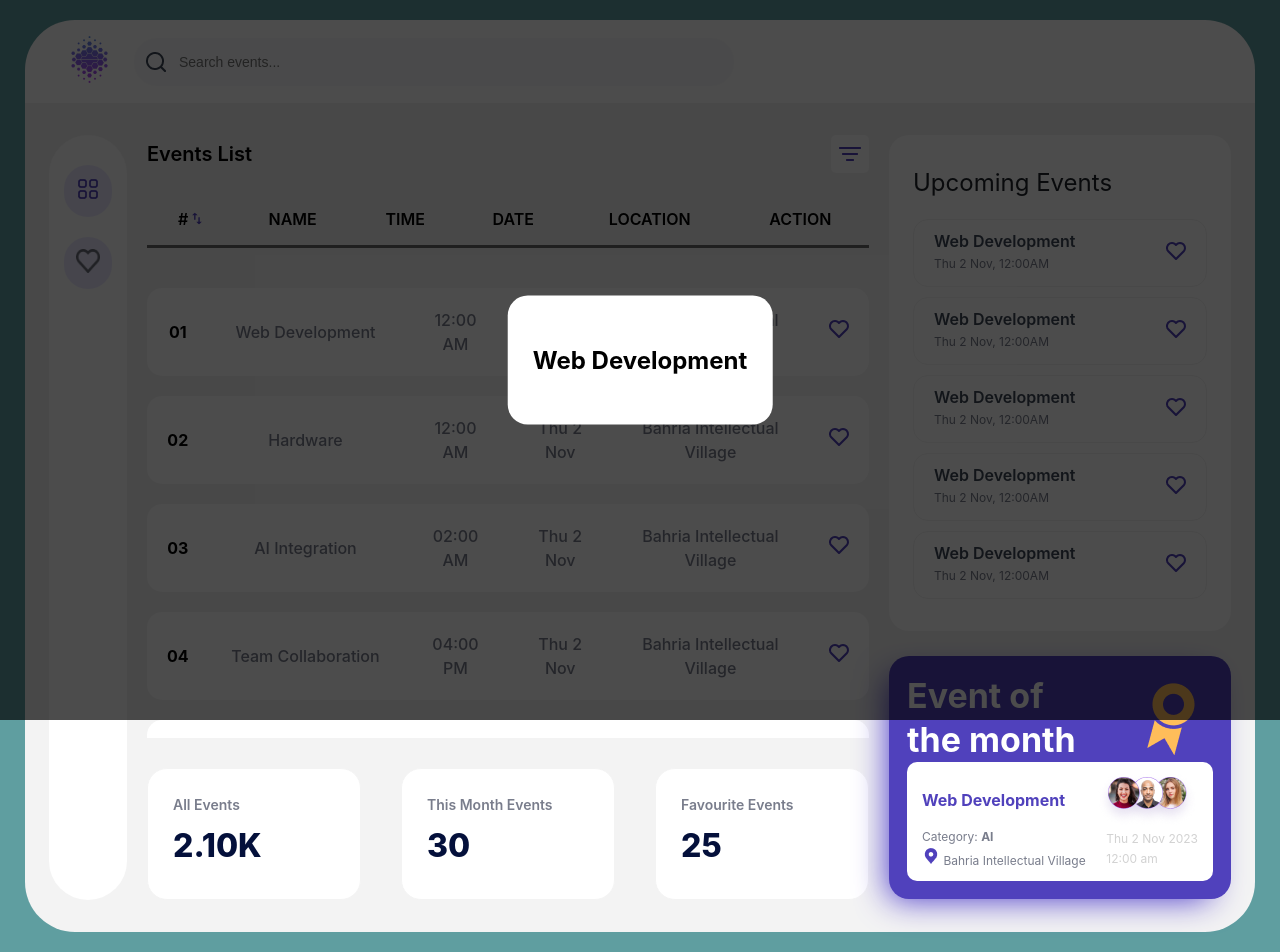
Repository: ahmadunitedsol710/react-dashboard
Page: /, after clicking the first element matching `tr.body_row`
These files come from the project's save history. The page is drawn as it stood at one moment and after the next save; the edit follows.
The browser window is 1280 px wide. The pictures show the whole page.
An inner scrolling area shows only its first screen. The project was rebuilt for these pictures with package versions that can differ from the ones it lists, and the page was loaded fresh each time.

Above is the page before, as saved 2024-08-02 09:57:37.

After the next save:
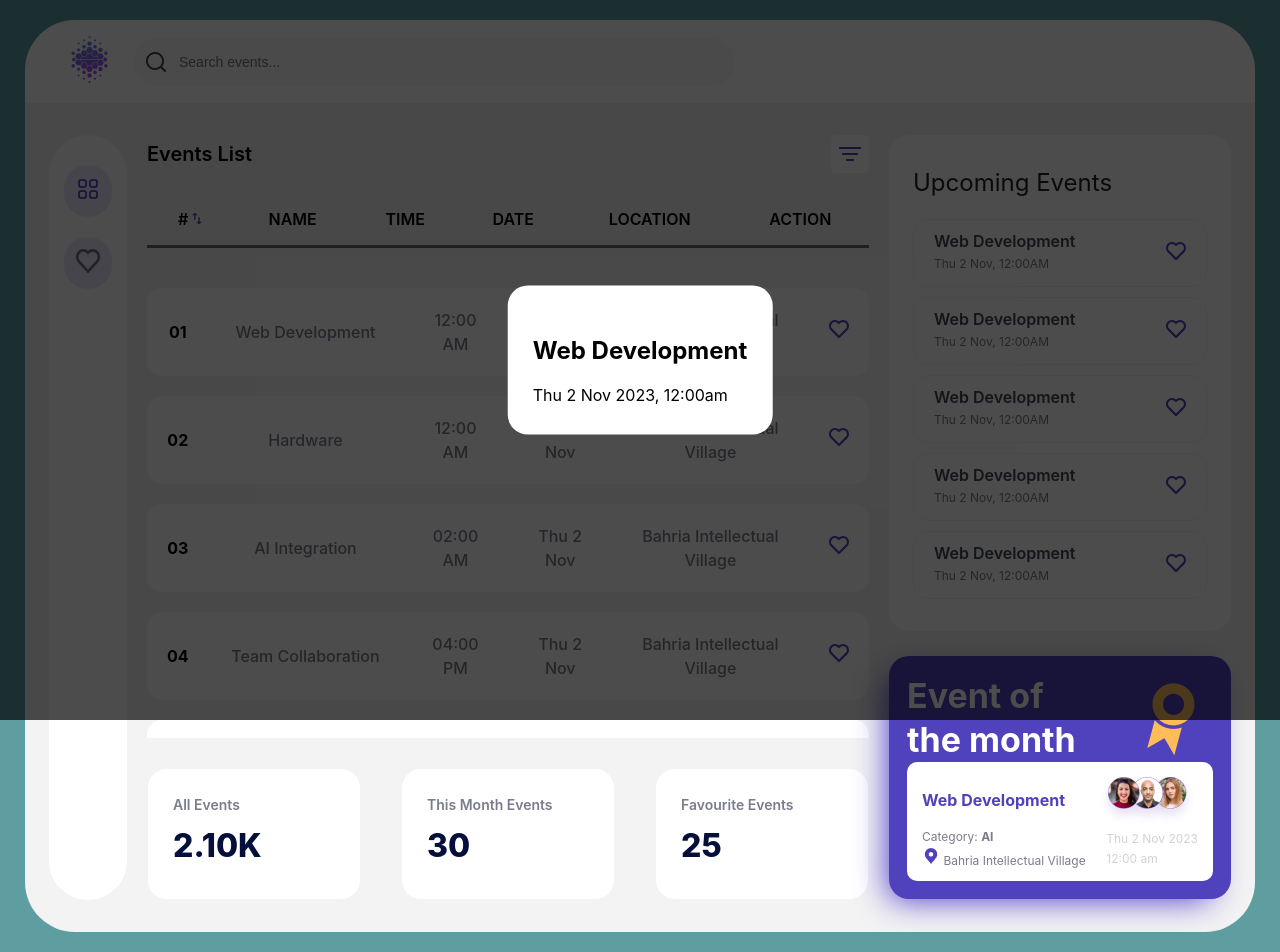
Saved 5 s later.
--- a/src/Components/Body/Detailpopup.js
+++ b/src/Components/Body/Detailpopup.js
@@ -9,7 +9,7 @@ const Detailpopup = ({closeModal}) => {
                 <div className="course_Details">
                     <div className="title_time">
                         <h2 className="title">Web Development</h2>
-                        <span className="time"></span>
+                        <span className="time">Thu 2 Nov 2023, 12:00am</span>
                     </div>
                 </div>
             </div>
